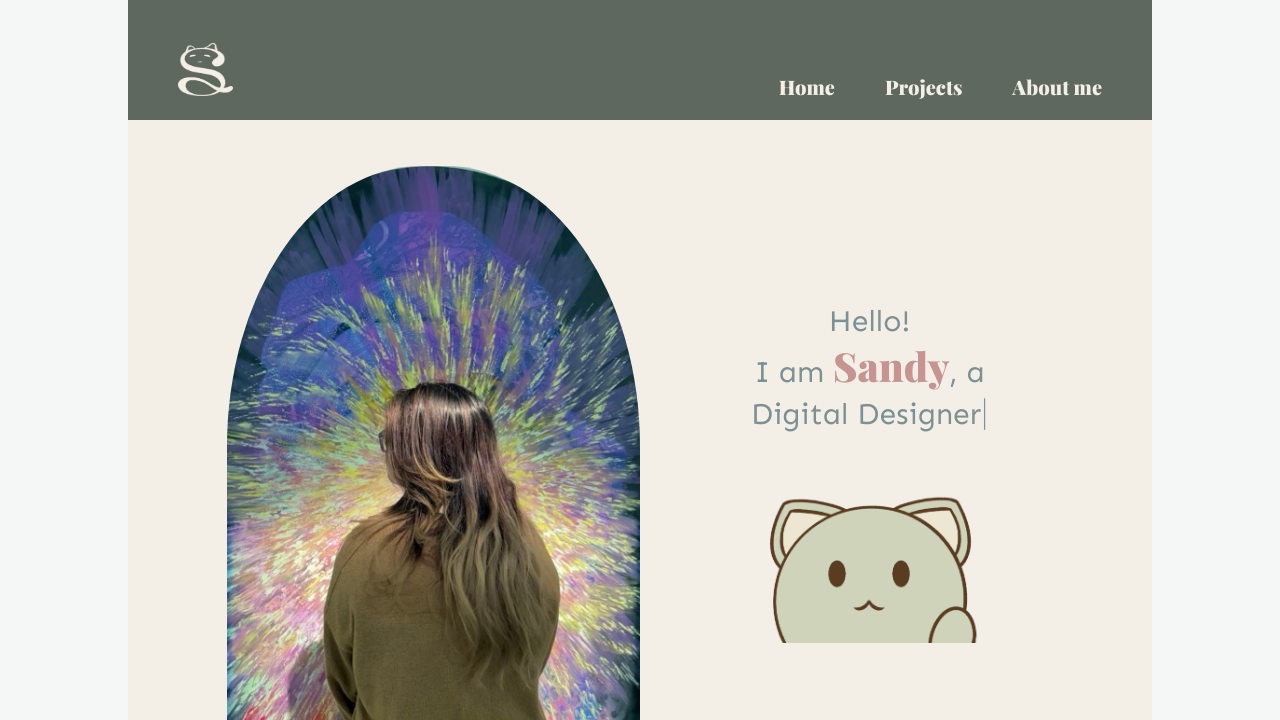
Repository: SandyLy453/portfolio
Page: /
The author's editor kept a copy of each file at every save. The page is drawn from the files as they stood at one save, then again after the next save.
The browser window is 1280 px wide. The pictures show the whole page.
An inner scrolling area shows only its first screen. The project was rebuilt for these pictures with package versions that can differ from the ones it lists, and the page was loaded fresh each time. The framework's server and built-in components were replaced by stand-ins that run in the browser. Also part of the build but not shown: next.config.mjs, modules/Footer/Footer.module.css, modules/Footer/Footer.js, modules/ProjectCard/ProjectCard.module.css, modules/ProjectCard/Projectcard.js.

Above is the page before, as saved 2025-02-17 18:10:36.

After the next save:
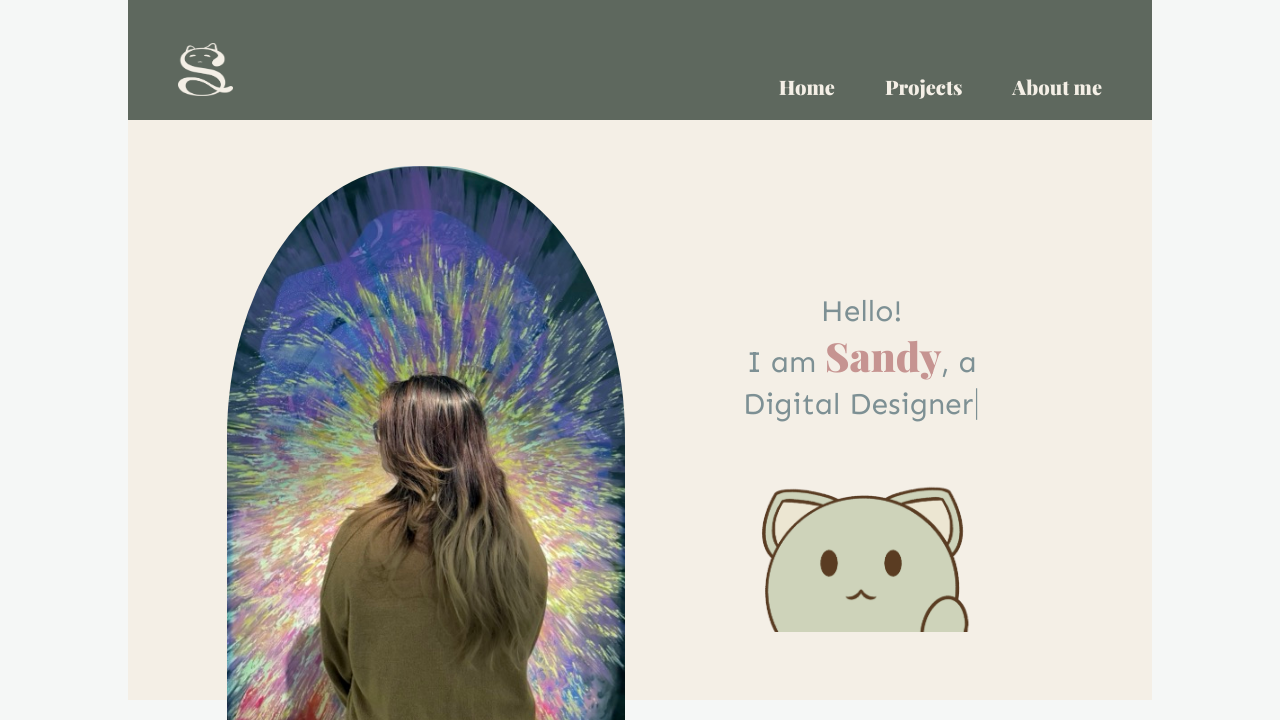
Saved 12 s later.
--- a/styles/Home.module.css
+++ b/styles/Home.module.css
@@ -200,7 +200,7 @@
   .coverPhoto {
     width: 90%;
     height: auto;
-    margin: 0 0.5rem;
+    margin: 0;
     bottom: -46px;
   }
 
